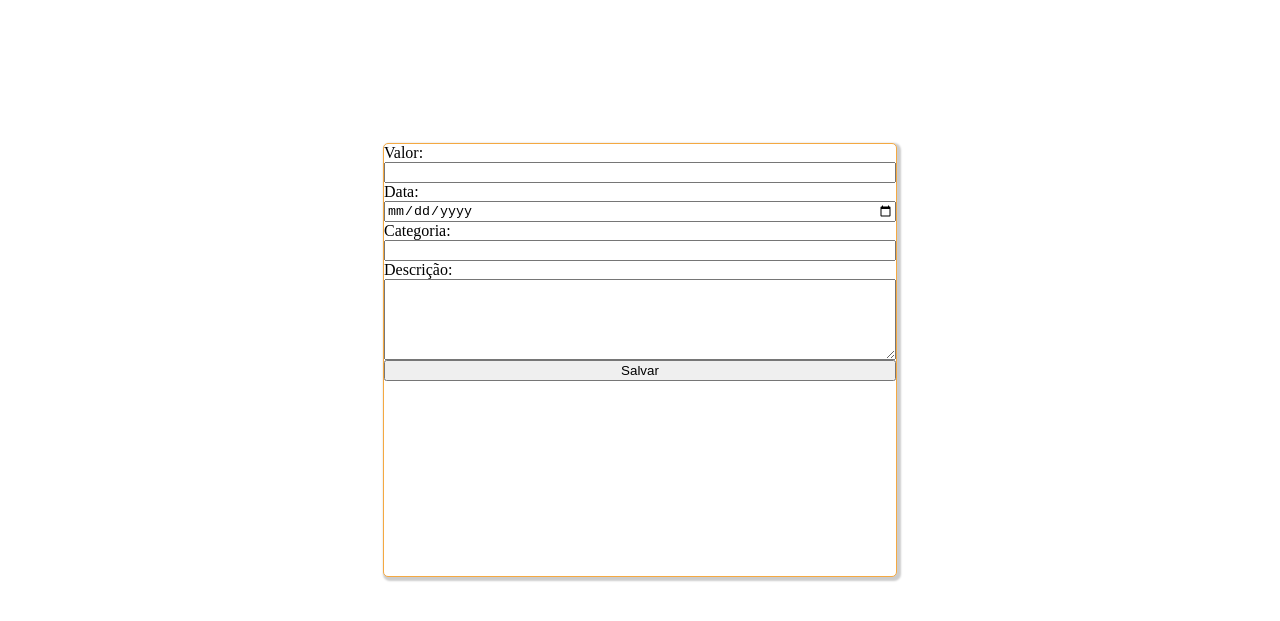
Repository: alexsanderkafka/java-servlets
Page: http://localhost/SaveMoney/cadastrarDespesa.jsp
An editor plug-in stored every save of this project. The page is shown before and after the next save, followed by the edit.
The browser window is 1280 px wide. The pictures show the whole page.
The page is served by Tomcat 9. Nobody is signed in. The application's start-up code is not run.

Above is the page before, as saved 2024-10-03 12:38:42.

After the next save:
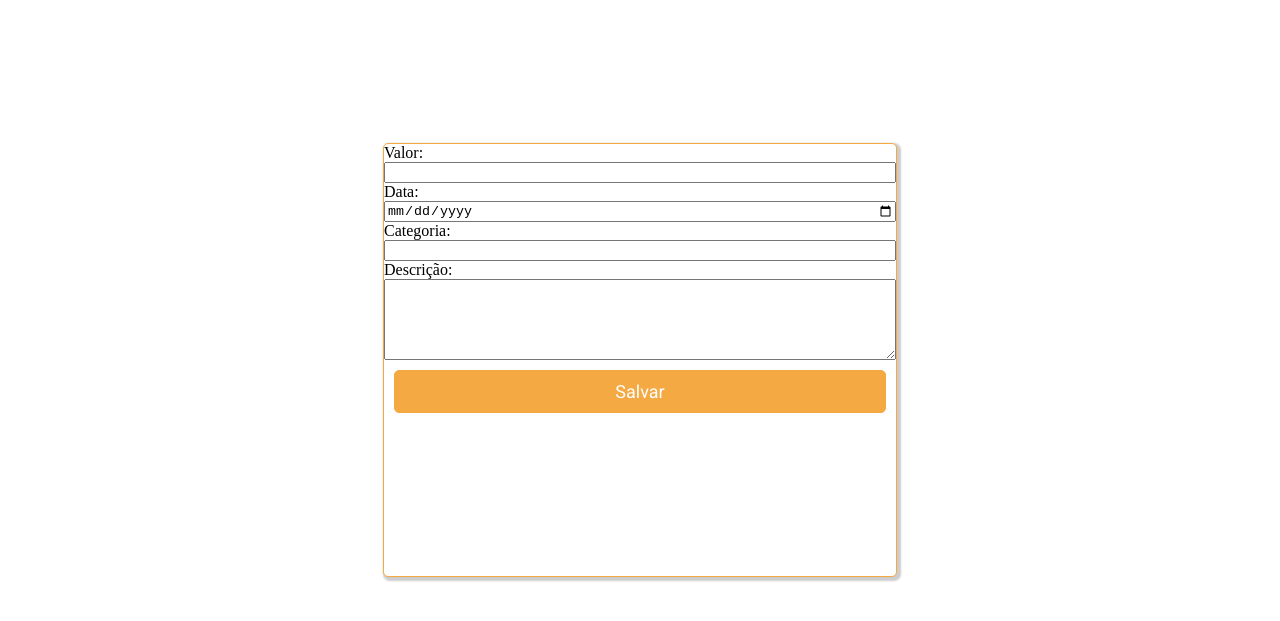
Saved 38 s later.
--- a/SaveMoney/src/main/webapp/cadastrarDespesa.jsp
+++ b/SaveMoney/src/main/webapp/cadastrarDespesa.jsp
@@ -19,7 +19,7 @@
         	<input type="text">
         	<label>Descrição: </label>
         	<textarea rows="5" cols="2"></textarea>
-        	<button class="button-page">Salvar</button>
+        	<button class="button-page-index">Salvar</button>
         </div>
     </div>
 
